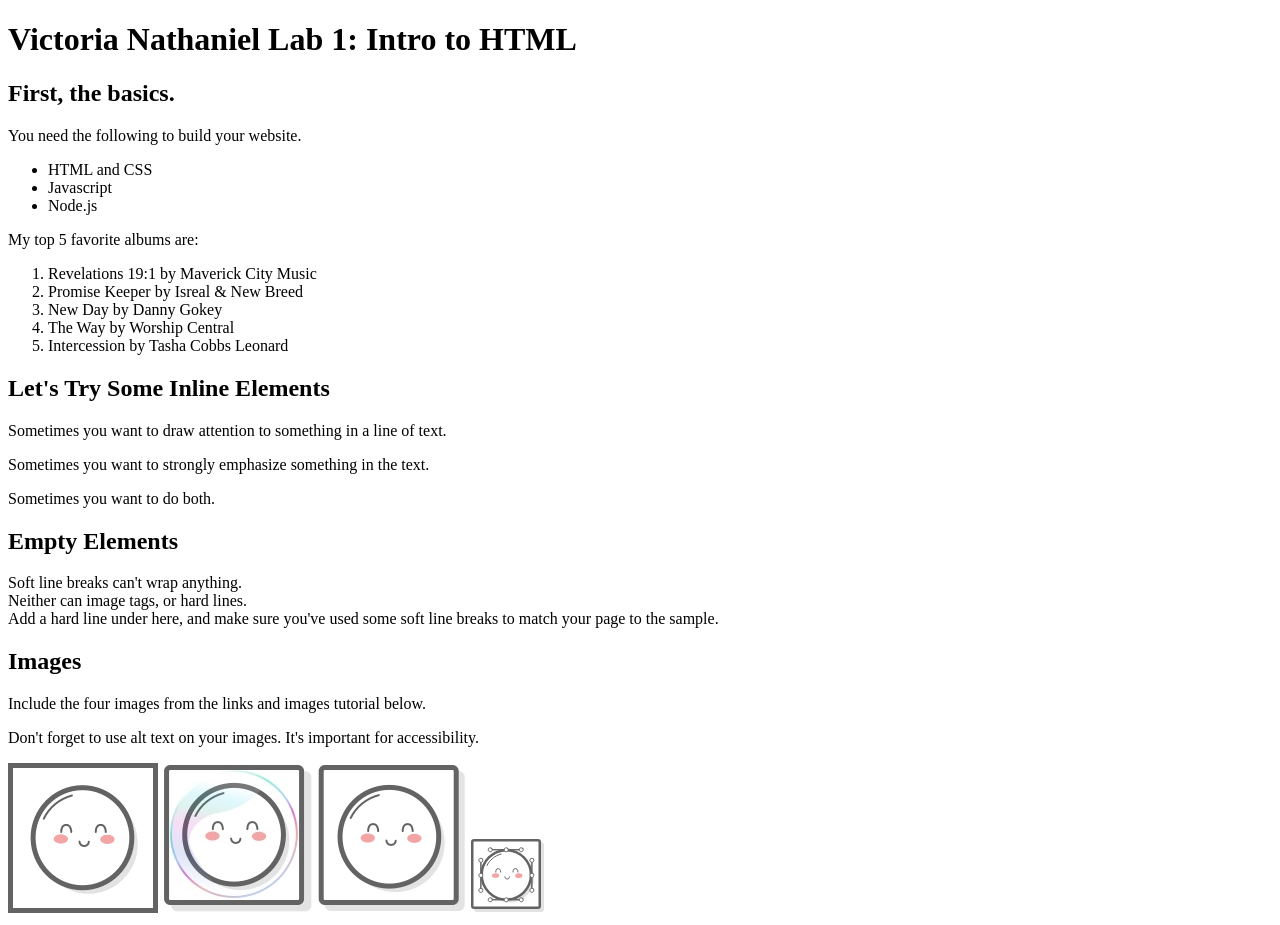
Repository: vnath22/INST377-Lab-Work
Page: client/lab_1/index.html
These files come from the project's save history. The page is drawn as it stood at one moment and after the next save; the edit follows.
The browser window is 1280 px wide. The pictures show the whole page.

Above is the page before, as saved 2022-01-28 12:22:10.

### client/lab_1/index.html
<!DOCTYPE html>
<html lang="en">
<head>
    <meta charset="UTF-8">
    <meta http-equiv="X-UA-Compatible" content="IE=edge">
    <meta name="viewport" content="width=device-width, initial-scale=1.0">
    <title>Victoria's lab 1</title>
</head>
<body>
    <h1> Victoria Nathaniel Lab 1: Intro to HTML</h1>

    <h2>First, the basics.</h2>

    <p>You need the following to build your website.</p>

    <ul>
        <li>HTML and CSS</li>
        <li>Javascript</li>
        <li>Node.js</li>
    </ul>

    <p>My top 5 favorite albums are: </p>

    <ol>

        <li>Revelations 19:1 by Maverick City Music</li>
        <li>Promise Keeper by Isreal & New Breed</li>
        <li>New Day by Danny Gokey</li>
        <li>The Way by Worship Central</li>
        <li>Intercession by Tasha Cobbs Leonard</li>
    </ol>

    <h2>Let's Try Some Inline Elements</h2>

    <p>Sometimes you want to draw attention to something in a line of text.</p>

    <p>Sometimes you want to strongly emphasize something in the text.</p>

    <p>Sometimes you want to do both.</p>

    <h2>Empty Elements</h2>

    <p>Soft line breaks can't wrap anything.<br/> Neither can image tags, or hard lines.<br/>
    Add a hard line under here, and make sure you've used some soft line breaks to match your page to the sample.</p>

    <h2>Images</h2>

    <p>Include the four images from the links and images tutorial below.</p>

    <p>Don't forget to use alt text on your images. It's important for accessibility.</p>

        <img src='images/mochi.gif' alt='Monch ball image 1'/>
        <img src='images/mochi.jpg' alt='Monch ball image 2'/>
        <img src='images/mochi.png' alt='Monch ball image 3'/>
        <img src='images/mochi.svg' alt='Monch ball image 4'/>

    <a href='https://github.com/vnath22/INST377-Lab-Work'>
</body>
</html>

After the next save:
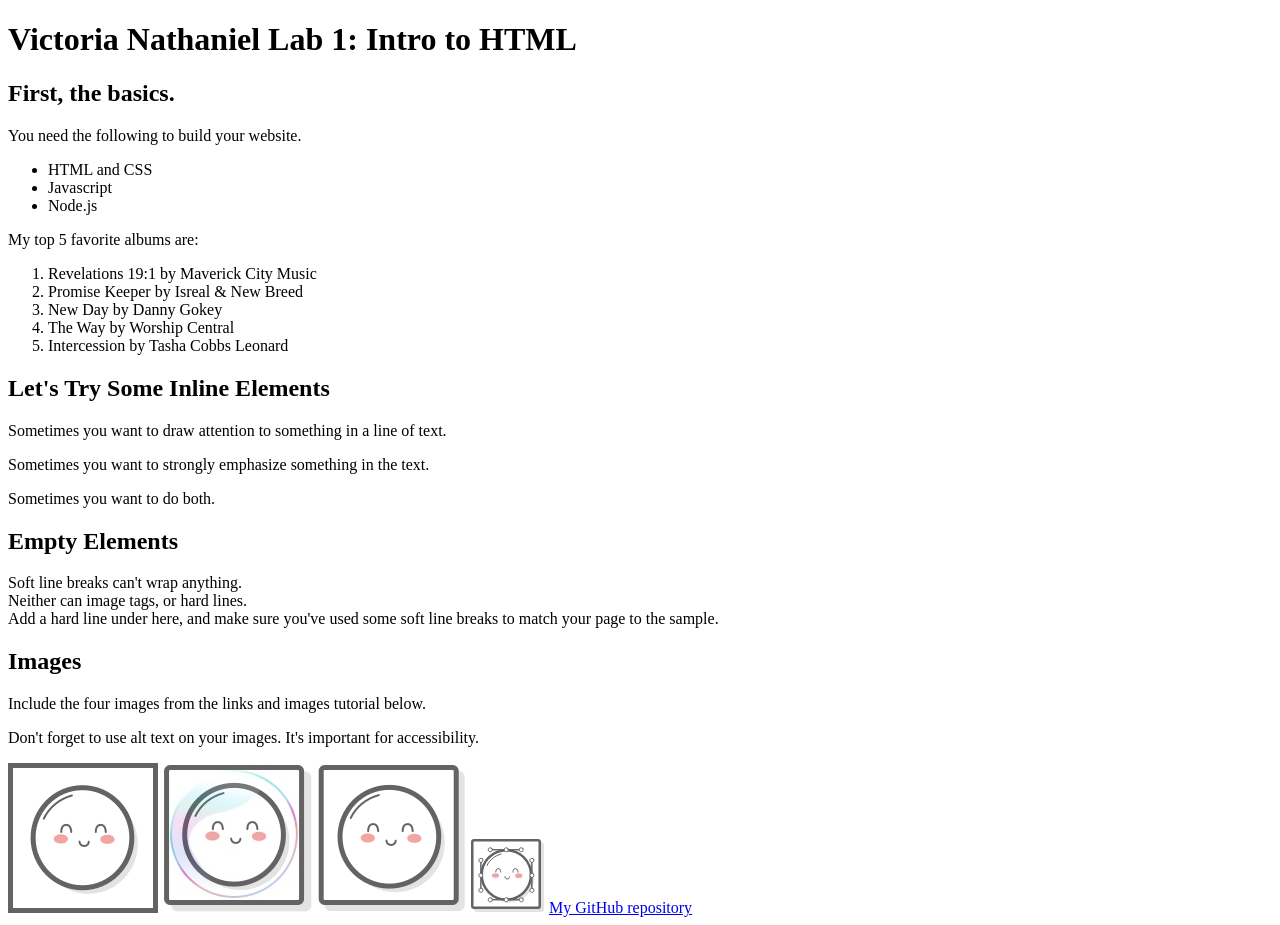
Saved 85 s later.
--- a/client/lab_1/index.html
+++ b/client/lab_1/index.html
@@ -54,6 +54,6 @@
         <img src='images/mochi.png' alt='Monch ball image 3'/>
         <img src='images/mochi.svg' alt='Monch ball image 4'/>
 
-    <a href='https://github.com/vnath22/INST377-Lab-Work'>
+    <a href='https://github.com/vnath22/INST377-Lab-Work'> My GitHub repository </a>
 </body>
 </html>
